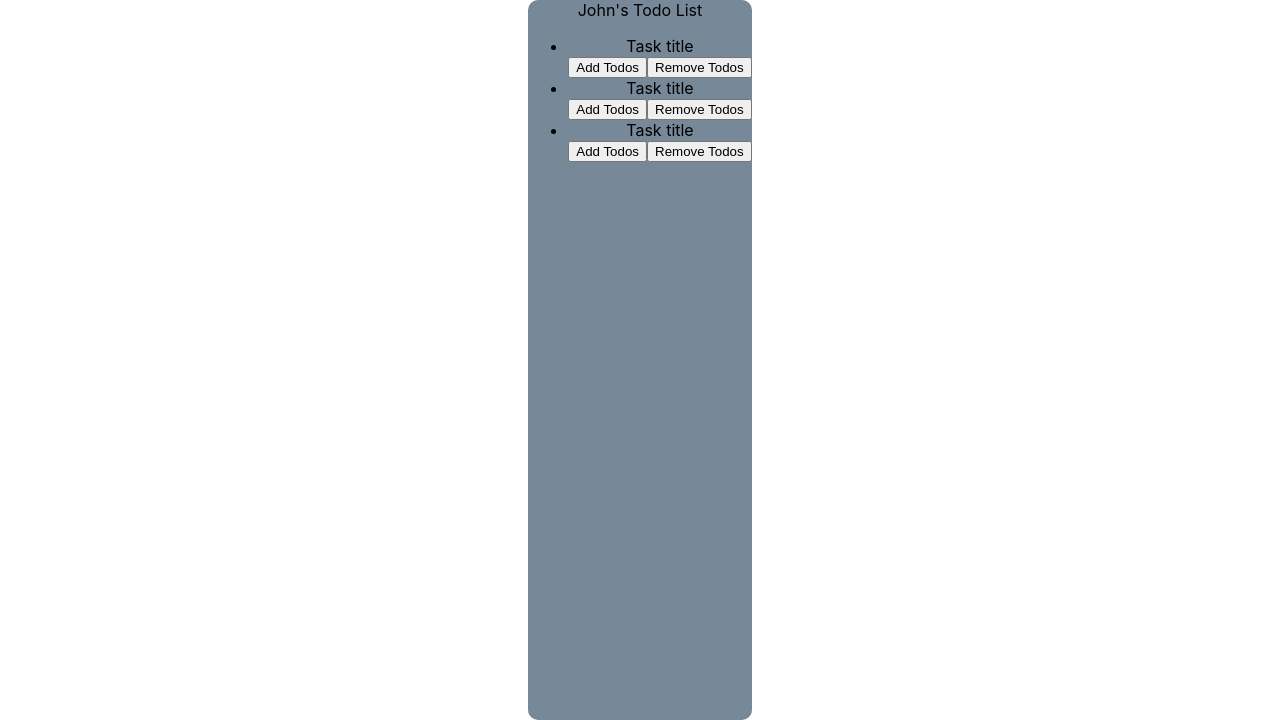
Repository: JohnKang0720/Simple-Todo-List
Page: /
An editor plug-in stored every save of this project. The page is shown before and after the next save, followed by the edit.
The browser window is 1280 px wide. The pictures show the whole page.
The project was rebuilt for these pictures with package versions that can differ from the ones it lists, and the page was loaded fresh each time.

Above is the page before, as saved 2021-05-24 21:01:11.

After the next save:
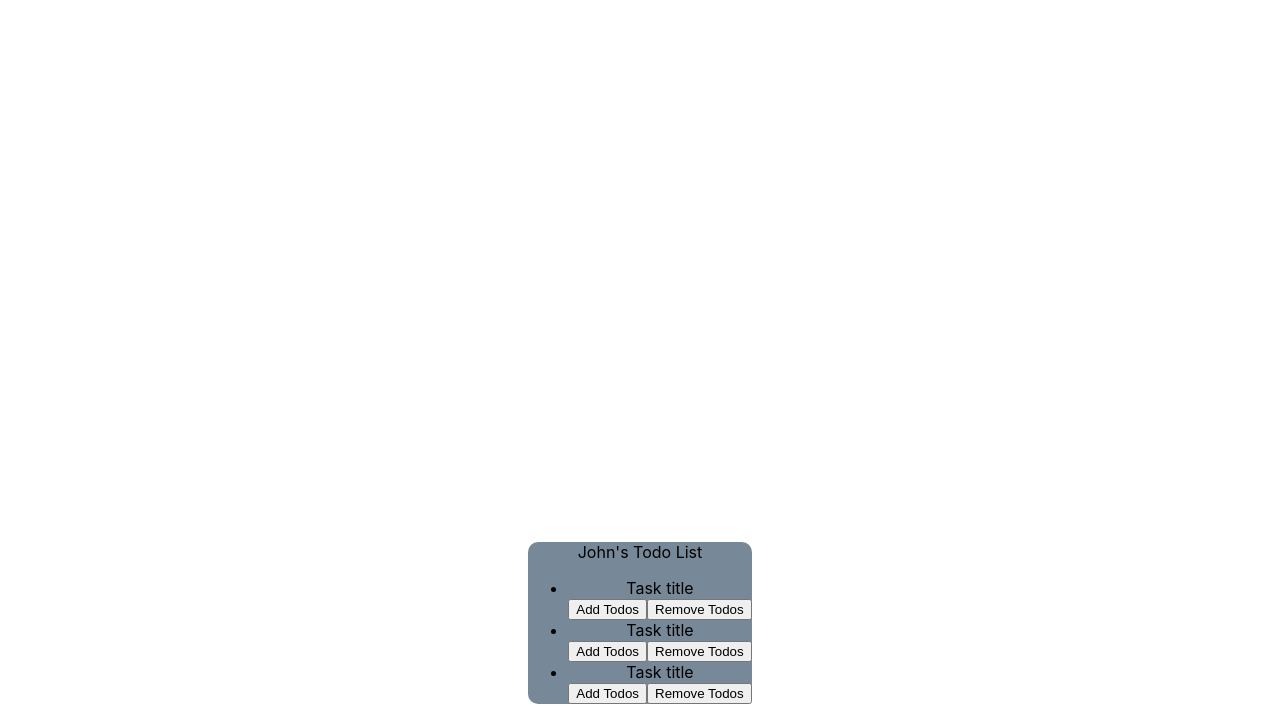
Saved 7 s later.
--- a/src/App.css
+++ b/src/App.css
@@ -31,7 +31,7 @@ body,html{
   width: 100%;
   height: 100%;
   display: flex;
-  align-items:stretch;
+  align-items:flex-end;
   justify-content: center;
 }
 .App{
